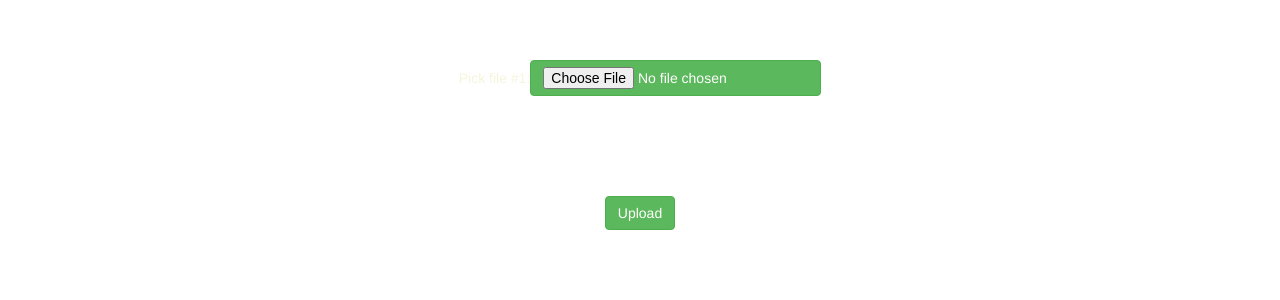
Repository: 123poornima/UpdatedSecondProject
Page: frontendPro/WebContent/_user/uploadPicture.html
The author's editor kept a copy of each file at every save. The page is drawn from the files as they stood at one save, then again after the next save.
The browser window is 1280 px wide. The pictures show the whole page.

Above is the page before, as saved 2017-01-17 04:57:24.

### frontendPro/WebContent/_user/uploadPicture.html
<!DOCTYPE html>
<html>
<head>
<meta charset="ISO-8859-1">
<title>Insert title here</title>
<link rel="stylesheet" href="http://maxcdn.bootstrapcdn.com/bootstrap/3.3.7/css/bootstrap.min.css">

<!-- jQuery library -->
<script src="https://ajax.googleapis.com/ajax/libs/jquery/1.12.4/jquery.min.js"></script>

<!-- Latest compiled JavaScript -->
<script src="http://maxcdn.bootstrapcdn.com/bootstrap/3.3.7/js/bootstrap.min.js"></script>
</head>
<body>
<div align="center">
        <form method="post" action="http://localhost:8085/backendPro/doUpload" enctype="multipart/form-data">
            <table border="0">
                <tr style="color:#F5F5DC">
                    <td style="color:#F5F5DC">Pick file #1:</td>
                    <td><input class="btn btn-success" type="file" name="fileUpload" /></td>
                    <br>
                </tr>
             <br>

                <tr>
                 <br>
                    <td colspan="2" align="center"><input style="margin-top:100px" class="btn btn-success" type="submit" value="Upload" /></td>
                </tr>


            </table>
        </form>
    </div>
</body>
</html>

After the next save:
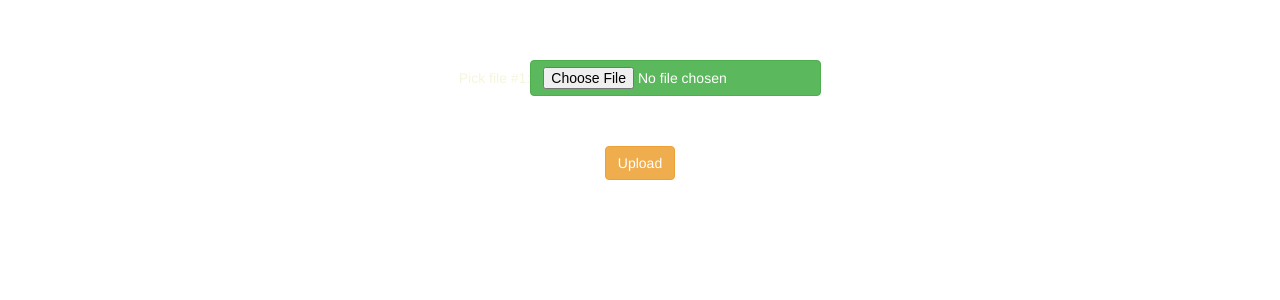
Saved 57 s later.
--- a/frontendPro/WebContent/_user/uploadPicture.html
+++ b/frontendPro/WebContent/_user/uploadPicture.html
@@ -24,7 +24,7 @@
 
                 <tr>
                  <br>
-                    <td colspan="2" align="center"><input style="margin-top:100px" class="btn btn-success" type="submit" value="Upload" /></td>
+                    <td colspan="2" align="center"><input style="margin-top:50px" class="btn btn-warning" type="submit" value="Upload" /></td>
                 </tr>
 
 
